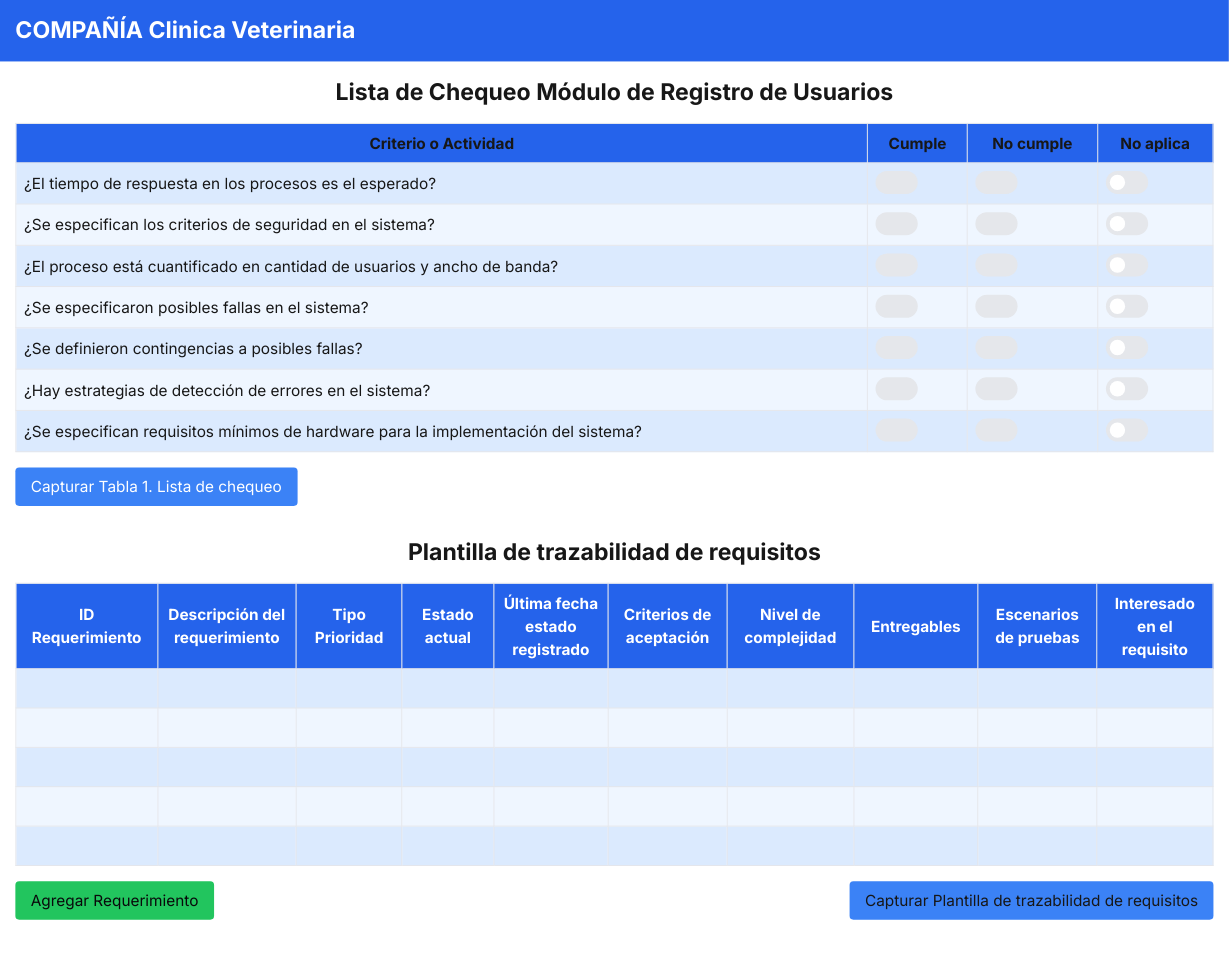
Repository: CiroAlfa/lista-de-Chequeo
Page: /
The author's editor kept a copy of each file at every save. The page is drawn from the files as they stood at one save, then again after the next save.
The browser window is 1280 px wide. The pictures show the whole page, at 96% of full size.
The project was rebuilt for these pictures with package versions that can differ from the ones it lists, and the page was loaded fresh each time. The framework's server and built-in components were replaced by stand-ins that run in the browser. Also part of the build but not shown: next.config.mjs.

Above is the page before, as saved 2024-09-27 13:04:23.

### src/app/layout.tsx
import './globals.css'
import type { Metadata } from 'next'
import { Inter } from 'next/font/google'

const inter = Inter({ subsets: ['latin'] })

export const metadata: Metadata = {
  title: 'Checklist App - Clinica Veterinaria',
  description: 'Aplicación de chequeo y trazabilidad de requisitos',
}

export default function RootLayout({
  children,
}: {
  children: React.ReactNode
}) {
  return (
    <html lang="es">
      <body className={inter.className}>
        <header className="bg-blue-600 text-white p-4">
          <h1 className="text-2xl font-bold">COMPAÑÍA Clinica Veterinaria</h1>
        </header>
        {children}
      </body>
    </html>
  )
}

### src/app/page.tsx
'use client'

import { useState } from 'react'
import { Switch } from '@headlessui/react'
import html2canvas from 'html2canvas'

interface ChecklistItem {
  id: number
  criteria: string
  cumple: boolean
  noCumple: boolean
  noAplica: boolean
}

interface RequirementItem {
  id: string
  description: string
  priority: string
  status: string
  lastUpdated: string
  acceptanceCriteria: string
  complexity: string
  deliverables: string
  testScenarios: string
  stakeholder: string
}

const initialChecklist: ChecklistItem[] = [
  { id: 1, criteria: '¿El tiempo de respuesta en los procesos es el esperado?', cumple: false, noCumple: false, noAplica: false },
  { id: 2, criteria: '¿Se especifican los criterios de seguridad en el sistema?', cumple: false, noCumple: false, noAplica: false },
  { id: 3, criteria: '¿El proceso está cuantificado en cantidad de usuarios y ancho de banda?', cumple: false, noCumple: false, noAplica: false },
  { id: 4, criteria: '¿Se especificaron posibles fallas en el sistema?', cumple: false, noCumple: false, noAplica: false },
  { id: 5, criteria: '¿Se definieron contingencias a posibles fallas?', cumple: false, noCumple: false, noAplica: false },
  { id: 6, criteria: '¿Hay estrategias de detección de errores en el sistema?', cumple: false, noCumple: false, noAplica: false },
  { id: 7, criteria: '¿Se especifican requisitos mínimos de hardware para la implementación del sistema?', cumple: false, noCumple: false, noAplica: false },
]

const initialRequirements: RequirementItem[] = Array(5).fill(null).map((_, index) => ({
  id: ``,
  description: '',
  priority: '',
  status: '',
  lastUpdated: '',
  acceptanceCriteria: '',
  complexity: '',
  deliverables: '',
  testScenarios: '',
  stakeholder: '',
}))

export default function Home() {
  const [checklist, setChecklist] = useState<ChecklistItem[]>(initialChecklist)
  const [requirements, setRequirements] = useState<RequirementItem[]>(initialRequirements)

  const handleChecklistChange = (id: number, field: 'cumple' | 'noCumple' | 'noAplica') => {
    setChecklist(checklist.map(item => {
      if (item.id === id) {
        const newItem = { ...item, [field]: !item[field] }
        if (newItem[field]) {
          newItem.cumple = field === 'cumple'
          newItem.noCumple = field === 'noCumple'
          newItem.noAplica = field === 'noAplica'
        }
        return newItem
      }
      return item
    }))
  }

  const handleRequirementChange = (id: string, field: keyof RequirementItem, value: string) => {
    setRequirements(requirements.map(item =>
      item.id === id ? { ...item, [field]: value } : item
    ))
  }

  const addRequirement = () => {
    const newId = `REQ00${requirements.length + 1}`
    setRequirements([...requirements, {
      id: newId,
      description: '',
      priority: '',
      status: '',
      lastUpdated: '',
      acceptanceCriteria: '',
      complexity: '',
      deliverables: '',
      testScenarios: '',
      stakeholder: '',
    }])
  }

  const captureScreenshot = async (elementId: string, fileName: string) => {
    const element = document.getElementById(elementId)
    if (element) {
      const canvas = await html2canvas(element)
      const image = canvas.toDataURL('image/png')
      const link = document.createElement('a')
      link.href = image
      link.download = fileName
      link.click()
    }
  }

  return (
    <main className="container mx-auto p-4">
      <div className="mb-8" id="checklist-table">
        <h2 className="text-2xl font-bold mb-4 text-center">Lista de Chequeo Módulo de Registro de Usuarios</h2>
        <table className="w-full border-collapse">
          <thead>
            <tr className="bg-blue-600 text-red">
              <th className="border p-2">Criterio o Actividad</th>
              <th className="border p-2">Cumple</th>
              <th className="border p-2">No cumple</th>
              <th className="border p-2">No aplica</th>
            </tr>
          </thead>
          <tbody>
            {checklist.map((item, index) => (
              <tr key={item.id} className={index % 2 === 0 ? 'bg-blue-100' : 'bg-blue-50'}>
                <td className="border p-2">{item.criteria}</td>
                <td className="border p-2">
                  <Switch
                    checked={item.cumple}
                    onChange={() => handleChecklistChange(item.id, 'cumple')}
                    className={`${item.cumple ? 'bg-blue-600' : 'bg-gray-200'} relative inline-flex h-6 w-11 items-center rounded-full`}
                  >
                    <span className={`${item.cumple ? 'translate-x-6' : 'translate-x-1'} inline-block h-4 w-4 transform rounded-full bg-red`} />
                  </Switch>
                </td>
                <td className="border p-2">
                  <Switch
                    checked={item.noCumple}
                    onChange={() => handleChecklistChange(item.id, 'noCumple')}
                    className={`${item.noCumple ? 'bg-blue-600' : 'bg-gray-200'} relative inline-flex h-6 w-11 items-center rounded-full`}
                  >
                    <span className={`${item.noCumple ? 'translate-x-6' : 'translate-x-1'} inline-block h-4 w-4 transform rounded-full bg-red transition`} />
                  </Switch>
                </td>
                <td className="border p-2">
                  <Switch
                    checked={item.noAplica}
                    onChange={() => handleChecklistChange(item.id, 'noAplica')}
                    className={`${item.noAplica ? 'bg-blue-600' : 'bg-gray-200'} relative inline-flex h-6 w-11 items-center rounded-full`}
                  >
                    <span className={`${item.noAplica ? 'translate-x-6' : 'translate-x-1'} inline-block h-4 w-4 transform rounded-full bg-white transition`} />
                  </Switch>
                </td>
              </tr>
            ))}
          </tbody>
        </table>
        <button
          onClick={() => captureScreenshot('checklist-table', 'lista-de-chequeo.png')}
          className="mt-4 bg-blue-500 text-white px-4 py-2 rounded hover:bg-blue-600 transition-colors"
        >
          Capturar Tabla 1. Lista de chequeo
        </button>
      </div>

      <div className="mb-8" id="requirements-table">
        <h2 className="text-2xl font-bold mb-4 text-center">Plantilla de trazabilidad de requisitos</h2>
        <table className="w-full border-collapse">
          <thead>
            <tr className="bg-blue-600 text-white">
              <th className="border p-2">ID Requerimiento</th>
              <th className="border p-2">Descripción del requerimiento</th>
              <th className="border p-2">Tipo Prioridad</th>
              <th className="border p-2">Estado actual</th>
              <th className="border p-2">Última fecha estado registrado</th>
              <th className="border p-2">Criterios de aceptación</th>
              <th className="border p-2">Nivel de complejidad</th>
              <th className="border p-2">Entregables</th>
              <th className="border p-2">Escenarios de pruebas</th>
              <th className="border p-2">Interesado en el requisito</th>
            </tr>
          </thead>
          <tbody>
            {requirements.map((item, index) => (
              <tr key={index} className={index % 2 === 0 ? 'bg-blue-100' : 'bg-blue-50'}>
                <td className="border p-2">
                  <input
                    type="text"
                    value={item.id}
                    onChange={(e) => handleRequirementChange(item.id, 'id', e.target.value)}
                    className="w-full bg-transparent"
                  />
                </td>
                <td className="border p-2">
                  <input
                    type="text"
                    value={item.description}
                    onChange={(e) => handleRequirementChange(item.id, 'description', e.target.value)}
                    className="w-full bg-transparent"
                  />
                </td>
                <td className="border p-2">
                  <input
                    type="text"
                    value={item.priority}
                    onChange={(e) => handleRequirementChange(item.id, 'priority', e.target.value)}
                    className="w-full bg-transparent"
                  />
                </td>
                <td className="border p-2">
                  <input
                    type="text"
                    value={item.status}
                    onChange={(e) => handleRequirementChange(item.id, 'status', e.target.value)}
                    className="w-full bg-transparent"
                  />
                </td>
                <td className="border p-2">
                  <input
                    type="text"
                    value={item.lastUpdated}
                    onChange={(e) => handleRequirementChange(item.id, 'lastUpdated', e.target.value)}
                    className="w-full bg-transparent"
                  />
                </td>
                <td className="border p-2">
                  <input
                    type="text"
                    value={item.acceptanceCriteria}
                    onChange={(e) => handleRequirementChange(item.id, 'acceptanceCriteria', e.target.value)}
                    className="w-full bg-transparent"
                  />
                </td>
                <td className="border p-2">
                  <input
                    type="text"
                    value={item.complexity}
                    onChange={(e) => handleRequirementChange(item.id, 'complexity', e.target.value)}
                    className="w-full bg-transparent"
                  />
                </td>
                <td className="border p-2">
                  <input
                    type="text"
                    value={item.deliverables}
                    onChange={(e) => handleRequirementChange(item.id, 'deliverables', e.target.value)}
                    className="w-full bg-transparent"
                  />
                </td>
                <td className="border p-2">
                  <input
                    type="text"
                    value={item.testScenarios}
                    onChange={(e) => handleRequirementChange(item.id, 'testScenarios', e.target.value)}
                    className="w-full bg-transparent"
                  />
                </td>
                <td className="border p-2">
                  <input
                    type="text"
                    value={item.stakeholder}
                    onChange={(e) => handleRequirementChange(item.id, 'stakeholder', e.target.value)}
                    className="w-full bg-transparent"
                  />
                </td>
              </tr>
            ))}
          </tbody>
        </table>
        <div className="mt-4 flex justify-between">
          <button
            onClick={addRequirement}
            className="bg-green-500 text-zinc-950 px-4 py-2 rounded hover:bg-green-600 transition-colors"
          >
            Agregar Requerimiento
          </button>
          <button
            onClick={() => captureScreenshot('requirements-table', 'plantilla-trazabilidad-requisitos.png')}
            className="bg-blue-500 text-neutral-900 px-4 py-2 rounded hover:bg-blue-600 transition-colors"
          >
            Capturar Plantilla de trazabilidad de requisitos
          </button>
        </div>
      </div>
    </main>
  )
}

Loaded but not shown: src/app/globals.css (common file); tailwind.config.ts (common file)

After the next save:
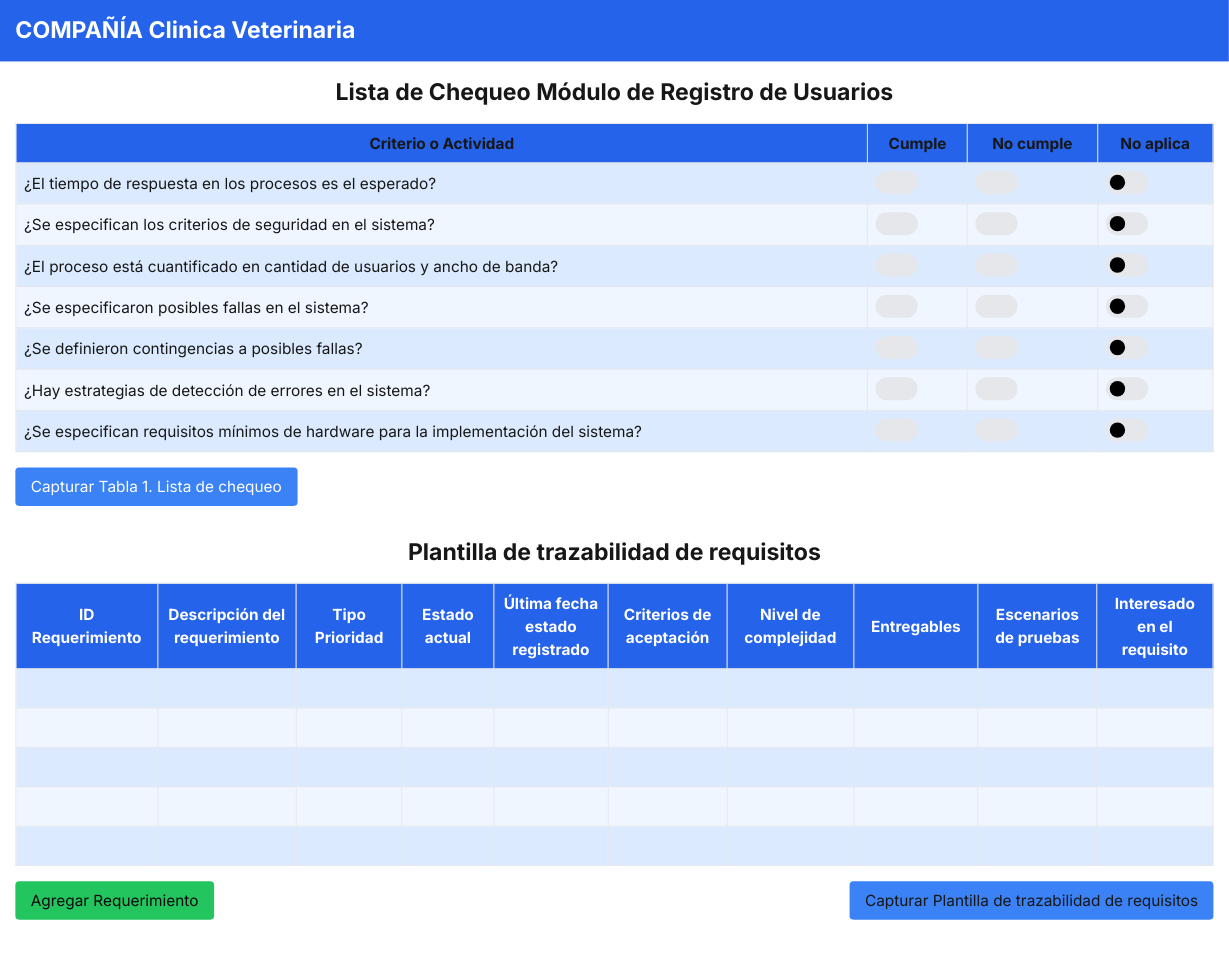
Saved 38 s later.
--- a/src/app/page.tsx
+++ b/src/app/page.tsx
@@ -142,7 +142,7 @@ export default function Home() {
                     onChange={() => handleChecklistChange(item.id, 'noAplica')}
                     className={`${item.noAplica ? 'bg-blue-600' : 'bg-gray-200'} relative inline-flex h-6 w-11 items-center rounded-full`}
                   >
-                    <span className={`${item.noAplica ? 'translate-x-6' : 'translate-x-1'} inline-block h-4 w-4 transform rounded-full bg-white transition`} />
+                    <span className={`${item.noAplica ? 'translate-x-6' : 'translate-x-1'} inline-block h-4 w-4 transform rounded-full bg-black transition`} />
                   </Switch>
                 </td>
               </tr>
